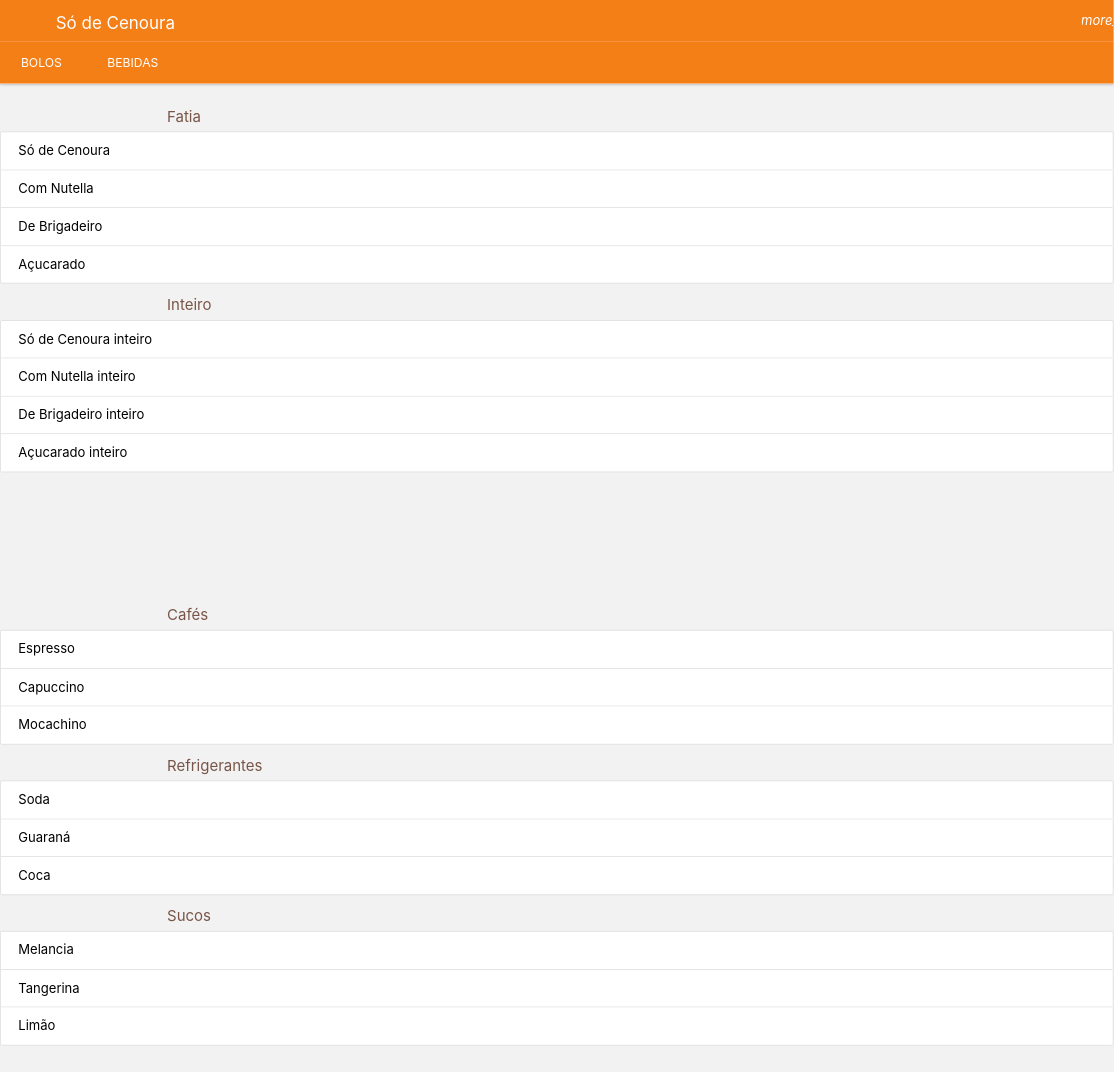
Repository: TaRCioS-CLaY/Mobile_RC_Clay
Page: garconapp/www/index.html
An editor plug-in stored every save of this project. The page is shown before and after the next save, followed by the edit.
The browser window is 1280 px wide. The pictures show the whole page, at 87% of full size.

Above is the page before, as saved 2019-05-02 23:33:38.

After the next save:
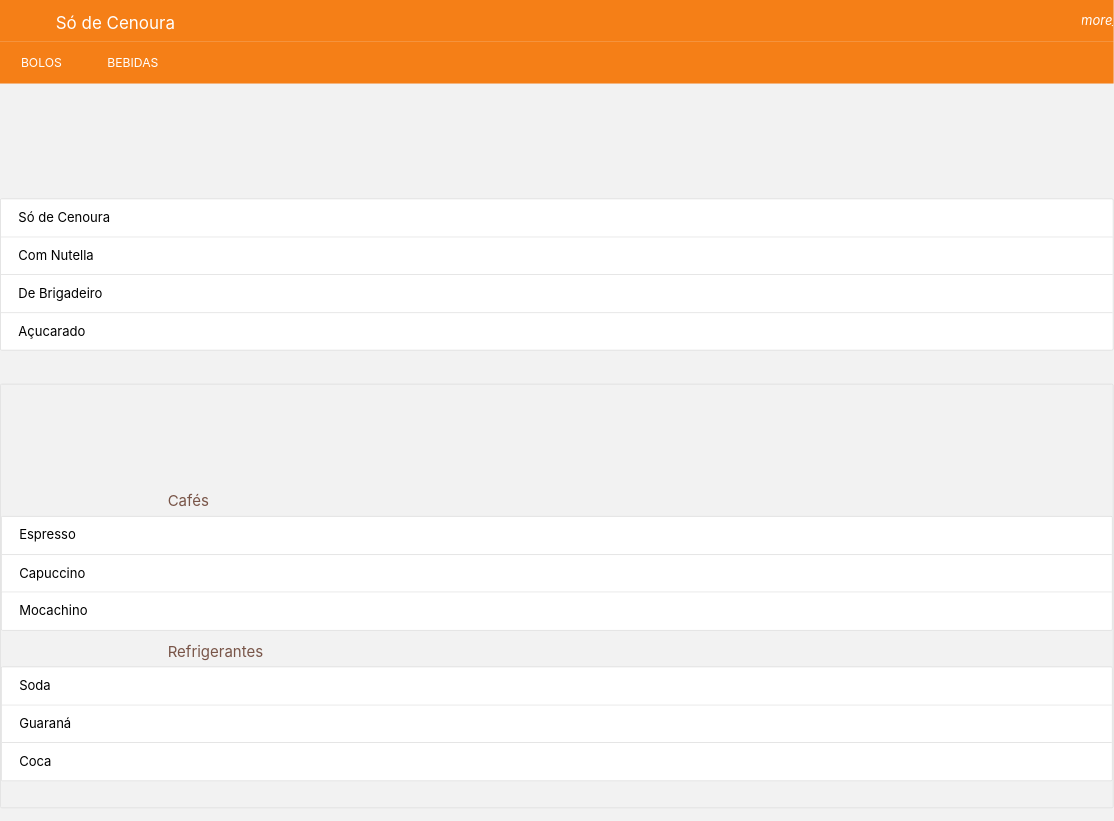
Saved 77 s later.
--- a/garconapp/www/index.html
+++ b/garconapp/www/index.html
@@ -9,73 +9,52 @@
     <link	rel="stylesheet" href="css/materialize.css">
     <link	rel="stylesheet" href="css/estilos.css">
   </head>
-<body>
-    <div class="topo-fixo z-depth-1">
-        <div class="valign-wrapper yellow darken-4 white-text">
-            <h5 class="titulo">Só de Cenoura</h5>
-
-            <div>
-                <i class="material-icons waves-effect
-                          waves-light waves-circle">more_vert</i>
-            </div>
+  <body>
+    <div	class="topo-fixo	z-depth-1"></div>
+    <div	class="valign-wrapper	yellow	darken-4	white-text">
+      <h5	class="titulo">Só	de	Cenoura</h5>
+      <div>
+              <i	class="material-icons	waves-effect
+                                  waves-light	waves-circle">more_vert</i>
+      </div>
+</div>
+    <ul	class="tabs	yellow	darken-4">
+      <li	class="tab">
+        <a	href="#bolos"
+           class="white-text	waves-effect	waves-light">
+          Bolos
+        </a>
+      </li>
+      <li	class="tab">
+        <a	href="#bebidas"
+           class="white-text	waves-effect	waves-light">
+          Bebidas
+        </a>
+      </li>
+    </ul>
+    <div	id="bolos" class="section">
+      <div	class="collection">
+        <a	class="collection-item waves-effect black-text">Só	de	Cenoura</a>
+        <a	class="collection-item waves-effect black-text">Com	Nutella</a>
+        <a	class="collection-item waves-effect black-text">De	Brigadeiro</a>
+        <a	class="collection-item waves-effect black-text">Açucarado</a>
+      </div>
+    </div>
+    <div	class="collection brown-text">
+      <div	id="bebidas" class="section">
+        <h6	class="container">Cafés</h6>
+        <div	class="collection">
+          <a	class="collection-item waves-effect black-text">Espresso</a>
+          <a	class="collection-item waves-effect black-text">Capuccino</a>
+          <a	class="collection-item waves-effect black-text">Mocachino</a>
         </div>
-
-        <ul class="tabs yellow darken-4">
-            <li class="tab">
-                <a href="#bolos"
-                   class="white-text waves-effect waves-light">
-                    Bolos
-                </a>
-            </li>
-            <li class="tab">
-                <a href="#bebidas"
-                   class="white-text waves-effect waves-light">
-                    Bebidas
-                </a>
-            </li>
-        </ul>
-    </div>
-
-    <div id="bolos" class="section">
-        <h6 class="container brown-text">Fatia</h6>
-        <div class="collection">
-            <a class="collection-item waves-effect black-text">Só de Cenoura</a>
-            <a class="collection-item waves-effect black-text">Com Nutella</a>
-            <a class="collection-item waves-effect black-text">De Brigadeiro</a>
-            <a class="collection-item waves-effect black-text">Açucarado</a>
+        <h6	class="container brown-text">Refrigerantes</h6>
+        <div	class="collection">
+          <a	class="collection-item waves-effect black-text">Soda</a>
+          <a	class="collection-item waves-effect black-text">Guaraná</a>
+          <a	class="collection-item waves-effect black-text">Coca</a>
         </div>
-
-        <h6 class="container brown-text">Inteiro</h6>
-        <div class="collection">
-            <a class="collection-item waves-effect black-text">Só de Cenoura inteiro</a>
-            <a class="collection-item waves-effect black-text">Com Nutella inteiro</a>
-            <a class="collection-item waves-effect black-text">De Brigadeiro inteiro</a>
-            <a class="collection-item waves-effect black-text">Açucarado inteiro</a>
-        </div>
-    </div>
-
-    <div id="bebidas" class="section">
-        <h6 class="container brown-text">Cafés</h6>
-        <div class="collection">
-            <a class="collection-item waves-effect black-text">Espresso</a>
-            <a class="collection-item waves-effect black-text">Capuccino</a>
-            <a class="collection-item waves-effect black-text">Mocachino</a>
-        </div>
-
-        <h6 class="container brown-text">Refrigerantes</h6>
-        <div class="collection">
-            <a class="collection-item waves-effect black-text">Soda</a>
-            <a class="collection-item waves-effect black-text">Guaraná</a>
-            <a class="collection-item waves-effect black-text">Coca</a>
-        </div>
-
-        <h6 class="container brown-text">Sucos</h6>
-        <div class="collection">
-            <a class="collection-item waves-effect black-text">Melancia</a>
-            <a class="collection-item waves-effect black-text">Tangerina</a>
-            <a class="collection-item waves-effect black-text">Limão</a>
-        </div>
-    </div>
+      </div>
 
 
       <script	src="js/jquery-3.4.0.min.js"></script>
